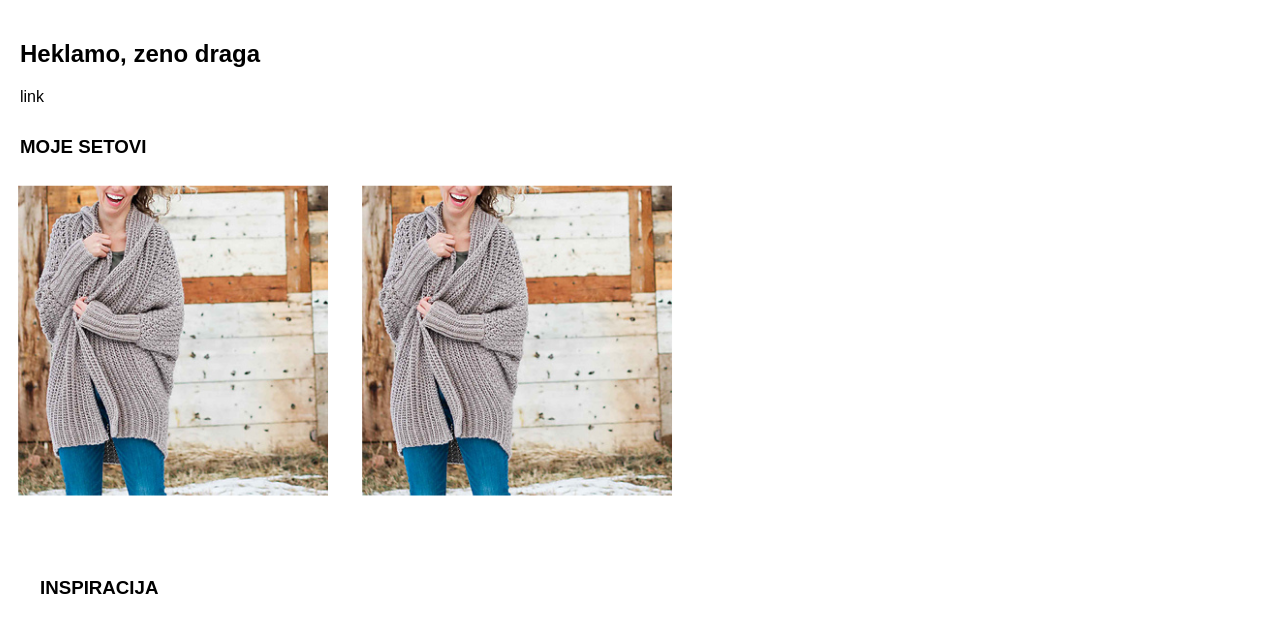
Repository: sdnc/Heklamo
Page: index.html
These files come from the project's save history. The page is drawn as it stood at one moment and after the next save; the edit follows.
The browser window is 1280 px wide. The pictures show the whole page.

Above is the page before, as saved 2020-12-24 13:07:23.

### index.html
<html>

<head>
  <meta charset="UTF-8" />
  <meta name="viewport" content="width=device-width, initial-scale=1.0" />
  <title>Heklamo</title>
  <link href="https://maxcdn.bootstrapcdn.com/font-awesome/4.7.0/css/font-awesome.min.css" rel="stylesheet">
  <link rel="stylesheet" href="styles.css" />
  <script src="https://unpkg.com/vue@next" defer></script>
  <script src="app.js" defer></script>
</head>

<body>
  <!--1) -->
  <!--2) -->
  <section id="header" class="divider">
    <h1>Heklamo, zeno draga</h1>
    <nav>link</nav>
  </section>
    <section id="sets">
      <h3>MOJE SETOVI</h3>
    <div class="card">
      <div class="image">
        <img
          src="img/habitatcardigan.jpg" />
      </div>
      <div class="details">
        <div class="center">
          <h1>The Habitat Cardigan<br><span>Difficulty: 2/5</span></h1>
          <p>You will need:</p>
          <button>Let's do it!</button>
        </div>
      </div>
    </div>

    <div class="card">
      <div class="image">
        <img src="img/habitatcardigan.jpg" />
      </div>
      <div class="details">
        <div class="center">
          <h1>The Habitat Cardigan<br><span>Difficulty: 2/5</span></h1>
          <p>You will need:</p>
          <button>Let's do it!</button>
        </div>
      </div>
    </div>
  </section>

  <section id="inspiration" class="divider">
    <h3>INSPIRACIJA</h3>

  </section>

  <section id="buy" class="divider">

  </section>
</body>

</html>

### styles.css
body {
  margin: 0;
  padding: 0;
  font-family: sans-serif;
}

h3 {
  margin-left: 20px;
}

.divider {
  margin: 40px 0 30px 20px;
}

.card {
  margin: 5px 15px;
  display: inline-block;
  transform: translate(1%,1%);
  width: 310px;
  height: 350px;
}
.image {
  width: 310px;
  height: 350px;
  overflow: hidden;
}
.card .image img {
  width: 100%;
  transition: .5s;
}
.card:hover .image img {
  opacity: .5;
  transform: translateX(30%);/*100%*/
}
.card .details {
  position: absolute;
  top: 0;
  left: 0;
  width: 70%;/*100%*/
  height: 89%;
  background: #ffc107;
  transition: .5s;
  transform-origin: left;
  transform: perspective(2000px) rotateY(-90deg);
}
.card:hover .details {
  transform: perspective(2000px) rotateY(0deg);
}
.card .details .center {
  padding: 20px;
  text-align: center;
  background: #fff;
  position: absolute;
  top: 50%;
  transform: translateY(-50%);
}
.card .details .center h1 {
  margin: 0;
  padding: 0;
  color: #ff3636;
  line-height: 20px;
  font-size: 20px;
  text-transform: uppercase;
}
.card .details .center h1 span {
  font-size: 14px;
  color: #262626;
}
.card .details .center p {
  margin: 10px 0;
  padding: 0;
  color: #262626;
}

Loaded but not shown: app.js (no copy from this time; the picture is the same without it)

After the next save:
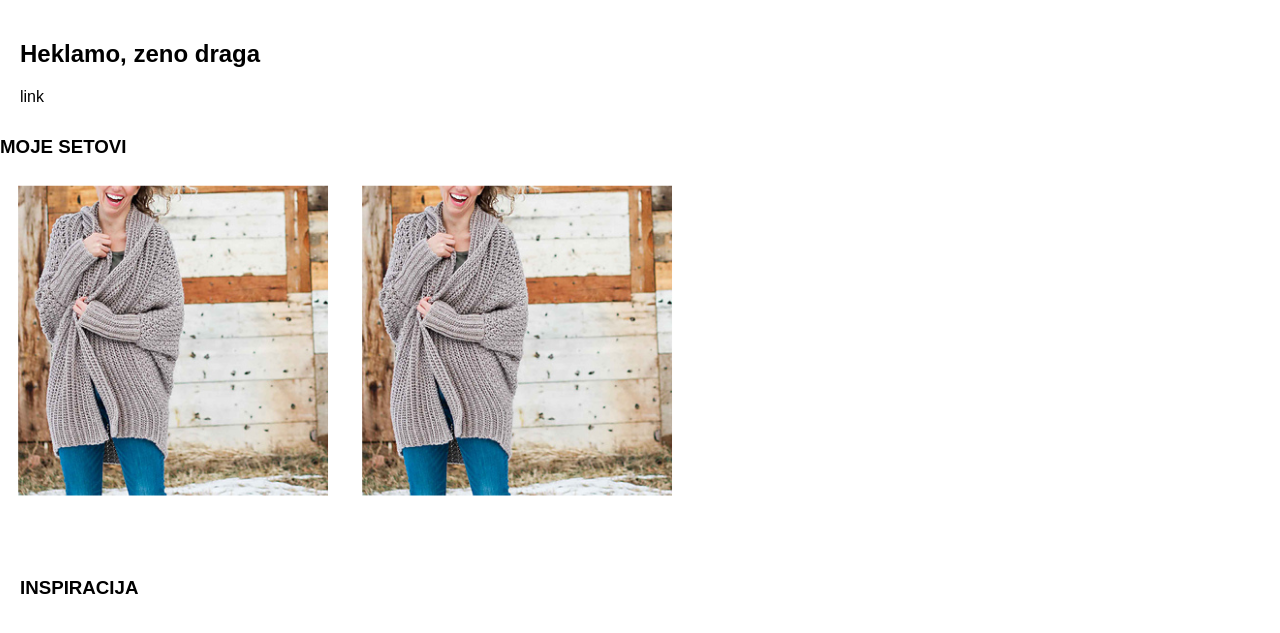
Saved 9 s later.
--- a/styles.css
+++ b/styles.css
@@ -2,10 +2,6 @@ body {
   margin: 0;
   padding: 0;
   font-family: sans-serif;
-}
-
-h3 {
-  margin-left: 20px;
 }
 
 .divider {
